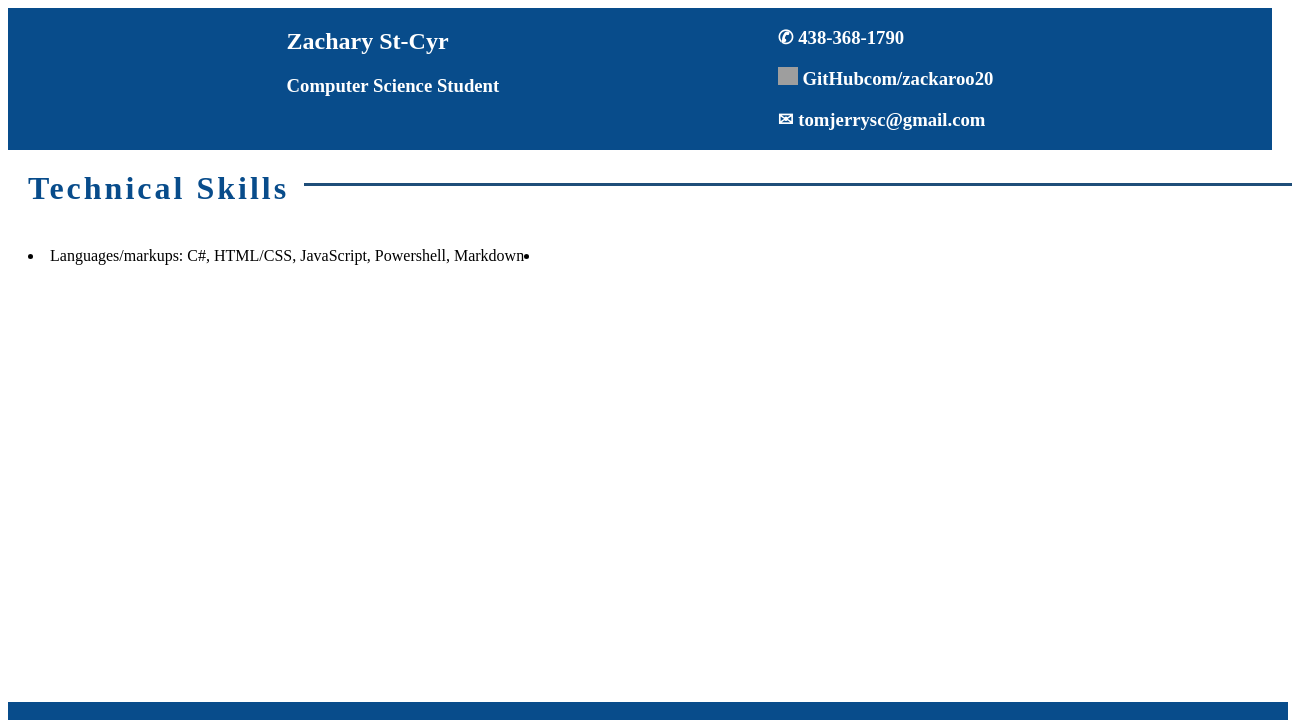
Repository: zackaroo20/Resume-CV
Page: CV.html
These files come from the project's save history. The page is drawn as it stood at one moment and after the next save; the edit follows.
The browser window is 1280 px wide. The page is 1292 px wide, so the pictures cover 1292 px, including what lies to the right of the window. The pictures show the whole page.
Pictures or frames that could not be fetched are drawn as grey boxes.

Above is the page before, as saved 2026-03-02 16:10:37.

After the next save:
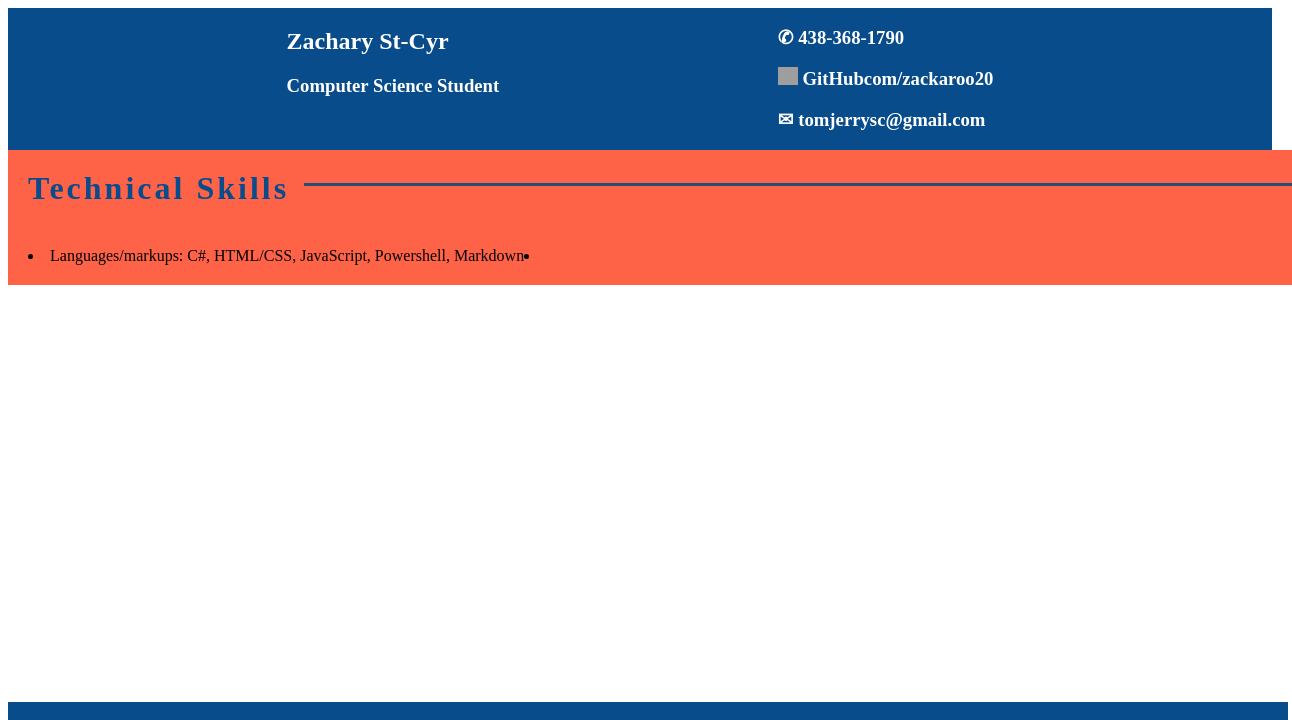
Saved 3 min 14 s later.
--- a/CV.css
+++ b/CV.css
@@ -8,6 +8,7 @@ header{
 
 }
 .subdiv{
+    background-color: tomato;
     width: 100%;
     padding-left: 20px;
     padding-top: 20px;
